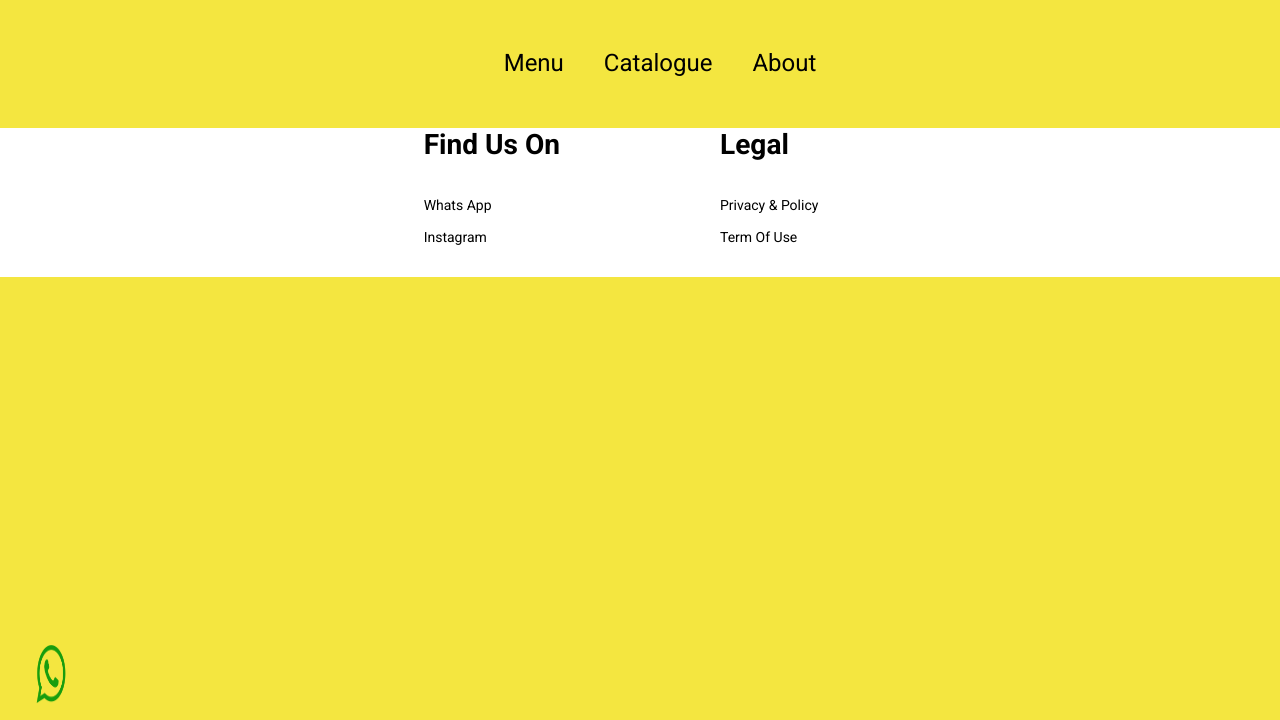
Repository: Fauzaanmhmd/Skripsi
Page: /about
The author's editor kept a copy of each file at every save. The page is drawn from the files as they stood at one save, then again after the next save.
The browser window is 1280 px wide. The pictures show the whole page.
The project was rebuilt for these pictures with package versions that can differ from the ones it lists, and the page was loaded fresh each time. The framework's server and built-in components were replaced by stand-ins that run in the browser. Also part of the build but not shown: next.config.js, components/background.js.

Above is the page before, as saved 2021-06-01 07:55:30.

### pages/about/index.js
import Layout from "../../components/Layout"

export default function About({ recipes }) {
    return (
        <Layout>
        </Layout>

    )
}

### styles/globals.css
@import url('https://fonts.googleapis.com/css2?family=Roboto:ital,wght@0,100;0,300;0,400;0,500;0,700;0,900;1,100;1,300;1,400;1,500;1,700;1,900&display=swap');

body {
  background: #F4E640;
  margin: 0;
  font-family: 'Roboto';
  font-size: 1.5em;
}
.layout {
  min-height: 100vh;
  display: flex;
  flex-direction: column;
}
header {
  text-align: center;
}
header a {
  text-decoration: none;
  color: black;
  text-transform: uppercase;
  display: inline-block;
}
header h1, header h2 {
  margin: 0;
}
header span {
  display: block;
  line-height: 1em;
}
header span:first-child {
  font-size: 1em;
  font-weight: 400;
}
header span:last-child {
  font-size: 1.5em;
  font-weight: 800;
}
header h2 {
  font-size: 1.2em;
  font-weight: 400;
}

.page-content {
  max-width: 1200px;
  margin: 20px auto 80px;
  padding: 0 20px;
  width: 100%;
  box-sizing: border-box;
}

ul{
  list-style-type: none;
  display: flex;
}

.ul_foot {
  display: flex;
  flex-direction: column;
  width: 100%;
}

.socmed {
  display: fixed;
  flex-direction: column;
  bottom: 0;
  left: 0;

}

.ul_foot > li {
  border-bottom: none;
}

.ul_foot >li:hover {
  border-bottom: none;
}
li {
  margin: 20px;
  cursor: pointer;
  border-bottom: 2px solid #F4E640;
}
li:hover {
background-color: transparent;
border-bottom: 2px solid black;
}
.navimg{
  position: absolute;
  left: 20px;
}
.zoom:hover {
  -ms-transform: scale(1.5); /* IE 9 */
  -webkit-transform: scale(1.5); /* Safari 3-8 */
  transform: scale(1.5);
  transition: transform .9s;
}

img {
  width: 550px;
  height: 380px;
  margin: 10px 0 0 0;
  padding: 10px 20px 0px 20px;
  display: flex;
  justify-content: center;
  align-items: center;
  position: relative;
  cursor: pointer;
}

img:hover {
  -ms-transform: scale(1.1); /* IE 9 */
  -webkit-transform: scale(1.1); /* Safari 3-8 */
  transform: scale(1.1);
  transition: transform .9s;
}

.image {
  display: grid;
  grid-template-columns: repeat(2,minmax(0,1fr));
  grid-gap: 5rem;
}

.img_product{
  width: 550px;
  height: 380px;
  margin: auto;
  margin-top: 150px;
  padding: 10px 20px 0px 20px;
  display: flex;
  justify-content: center;
  align-items: center;
  position: relative;
  cursor: pointer;
}

.button {
  cursor : pointer;
  margin: 0 30px;
  padding: 0 20px;
  width: 100px;
}

.button {
  cursor: pointer;
  border-bottom-width: 2px;
  background-color: #4CAF50;
  color: white;
  padding: 12px 20px;
  border: none;
  border-radius: 4px;
  cursor: pointer;
  float: center;
}

.img-bg {
  display: flex;
  background-color: white;
  flex-direction: column;
  justify-content: center;
  align-items: center;
  width: 65%;
  height: 150px;
  margin: -30px 130px 40px 130px;
  grid-template-columns: repeat(2,minmax(0,1fr));
}

.zoom-dropdown:hover {
  -ms-transform: scale(1.5); /* IE 9 */
  -webkit-transform: scale(1.5); /* Safari 3-8 */
  transform: scale(1.5);
  transition: transform .9s;
}

.zoom_wrapper {
  margin-top: 120px;
  width: 100%;
  text-align: center;
}

.form_catalogue {
  display: flex;
  background-color: white;
  flex-direction: column;
  justify-content: center;
  align-items: center;
  width: 100%;
  height: auto;
  margin: 20px 130px 140px 0px;
  border-radius: 20px;
}

section {
  background-color: white;
  padding: 1rem 1rem;
  border-radius: 20px;
}
.input-field {
  background:rgba(255,255,255,0.1);
  margin-bottom:10px;
  margin-top:3px;
  line-height:1.5em;
  font-size:20px;
  font-size:1.3rem;
  border:none;
  padding:5px 10px 5px 10px;
  color:black;
  box-sizing:border-box;
  width:100%;
  margin-left:auto;
  margin-right:auto;
}

* {
  box-sizing: border-box;
}

input[type=text], select, textarea {
  width: 100%;
  padding: 12px;
  border: 1px solid #ccc;
  border-radius: 4px;
  resize: vertical;
}

label {
  padding: 12px 12px 12px 0;
  display: inline-block;
}

input[type=submit] {
  background-color: #4CAF50;
  color: white;
  padding: 12px 20px;
  border: none;
  border-radius: 4px;
  cursor: pointer;
  float: right;
}

input[type=submit]:hover {
  background-color: #45a049;
}

.container {
  border-radius: 5px;
  background-color: #f2f2f2;
  padding: 20px;
}

.col-25 {
  float: left;
  width: 25%;
  margin-top: 6px;
}

.col-75 {
  float: left;
  width: 75%;
  margin-top: 6px;
}

/* Clear floats after the columns */
.row:after {
  content: "";
  display: table;
  clear: both;
}

.form {
  text-align: center;
  margin-top: 130px;
}

.form_button {
  border-bottom-width: 2px;
  background-color: #4CAF50;
  color: white;
  padding: 12px 20px;
  border: none;
  border-radius: 4px;
  cursor: pointer;
  float: right;
}

.swal-title {
  margin: 0px;
  font-size: 16px;
  box-shadow: 0px 1px 1px rgba(0, 0, 0, 0.21);
  margin-bottom: 28px;
}


.navbar {
  display: flex;
  justify-content: center;
  padding: 5px 20px;
  align-items: center;
  background-color: #F4E640;
  flex-direction: column-reverse;
  position: fixed;
  z-index: 999;
  width: 100%;
}

/* footer {
  background: white;
  color: black;
  padding: 40px;
  text-align: center;
  display: flex;
  align-items: center;
  width: 100%;
  justify-content: space-around
} */
footer {
  display: flex;
  justify-content: center;
  background-color: white;
}

.footer_inner {
  display: grid;
  grid-template-columns: repeat(2, minmax(0, 1fr));
  grid-gap: 10rem;
}

.footer_list{
  display: flex;
  flex-direction: column;
  padding-left: 0;
}

.footer_listItem {
  margin: .5rem 0;
  font-size: 14px;
  border-bottom: none;
}

.footer_list a {
  text-decoration: none;
  color: black;
}
.icon_wa {
  position: fixed;
  z-index: 99999;
  bottom: 16px;
  left: 16px;
}

.icon_waImg {
  height: 70px;
  width: 70px;
  background-color: transparent;
}

.content a {
  background-color: #45a049;
  padding: 10px 20px;
  border-radius: 30px;
  color: black;
  text-decoration: none;
  width: fit-content;
}

.content {
  float: left;
  padding: 10px;
  text-decoration: none;
}

.socmed a {
  margin: 10px;
}

.modal {
  display: flex;
  justify-content: center;
  align-items: center;
  position: fixed;
  top: 0;
  right: 0;
  bottom: 0;
  background-color: #0000009c;
  left: 0;
  z-index: 1000;
}

.modal_container{
  width: 500px;
  height: 100px;
  padding-left: -5px;
  background-color: white;
  border-radius: 6px;
  position: relative;
  text-align: center;
  padding-top: 15px;
  padding-right: 60px;
  font-size: 22px;
}

.button_click {
  position: absolute;
  top: 1rem;
  right: 2rem;
  cursor: pointer;
}

.fa-check-square:before {
  position: relative;
  right: 0;
  content: "\f14a";
  font-size: 60px;
  color: #45a049;
}

.background {
  display: flex;
  padding: 20px 20px;
}

.background_judul {
  display: flex;
  justify-content: center;
  align-items: center;
  width: 50%;
}

.bg_img {
  margin-top: 100px;
  width: 99vw;
  position: relative;
}

.bg_text {
  background-color: transparent;
}

### components/Layout.js
import Link from 'next/link'
import Navbar from './Navbar'
import Background from './background'

export default function Layout({ children, withBackground, judul }) {

  return (
    <div className="layout">
      <header>
        <Navbar />
      </header>

      {
        withBackground &&
        <>
          <Background />
          {
            judul
          }
        </>
      }

      <div className="page-content">
        {children}
      </div>

      <footer>
        <div className="footer_inner">
          <div className="footer_item">
            <h3>Find Us On</h3>
            <ul className="footer_list">
              <a target="blank" href="https://wa.link/74wpl7">
                <li className="footer_listItem">Whats App</li>
              </a>
              <a target="blank" href="http://www.instagram.com/fauzaan.mhmd/">
                <li className="footer_listItem">Instagram</li>
              </a>
            </ul>
          </div>
          <div className="footer_item">
            <h3>Legal</h3>
            <ul className="footer_list">
              <Link href={`/catalogue/privacypolicy`}>
                <li className="footer_listItem">Privacy & Policy</li>
              </Link>
              <Link href={`/catalogue/termofuse`}>
                <li className="footer_listItem">Term Of Use</li>
              </Link>
            </ul>
          </div>
        </div>
        <div className="icon_wa">
          <img className="icon_waImg" src="/img/wa.png" alt="" />
          <a target="blank" href="https://wa.link/74wpl7"></a>
        </div>
      </footer>
    </div >
  )
}

### components/Navbar.js
import Link from 'next/link'

const Navbar = props => {
    return (
        <div className="navbar">
            <ul className="navbar_menu">
                <Link href="/">
                    <li className="zoom">Menu</li>
                </Link>
                <Link href="/catalogue">
                    <li className="zoom-dropdown">Catalogue</li>
                </Link>
                <Link href="/about">
                    <li className="zoom">About</li>
                </Link>
            </ul>
        </div>
    )
}

export default Navbar

Loaded but not shown: pages/_app.js (common file)

After the next save:
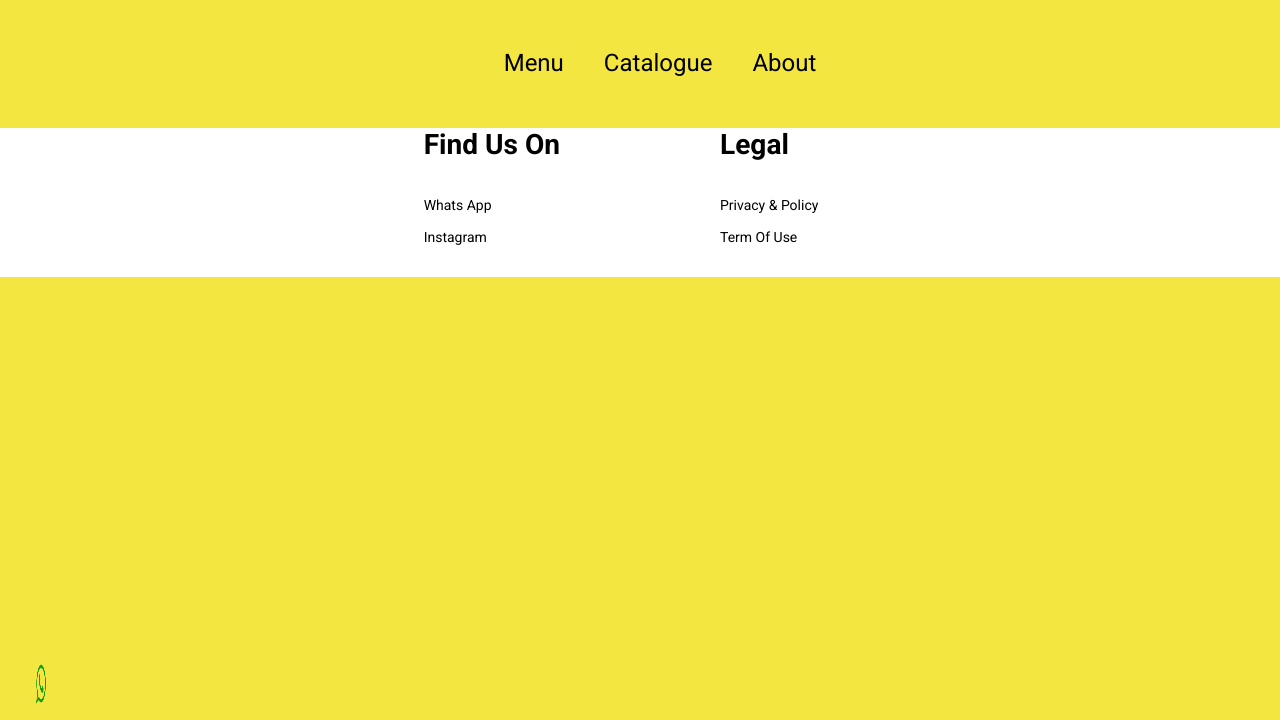
Saved 9 s later.
--- a/styles/globals.css
+++ b/styles/globals.css
@@ -347,8 +347,8 @@
 }
 
 .icon_waImg {
-  height: 70px;
-  width: 70px;
+  height: 50px;
+  width: 50px;
   background-color: transparent;
 }
 
